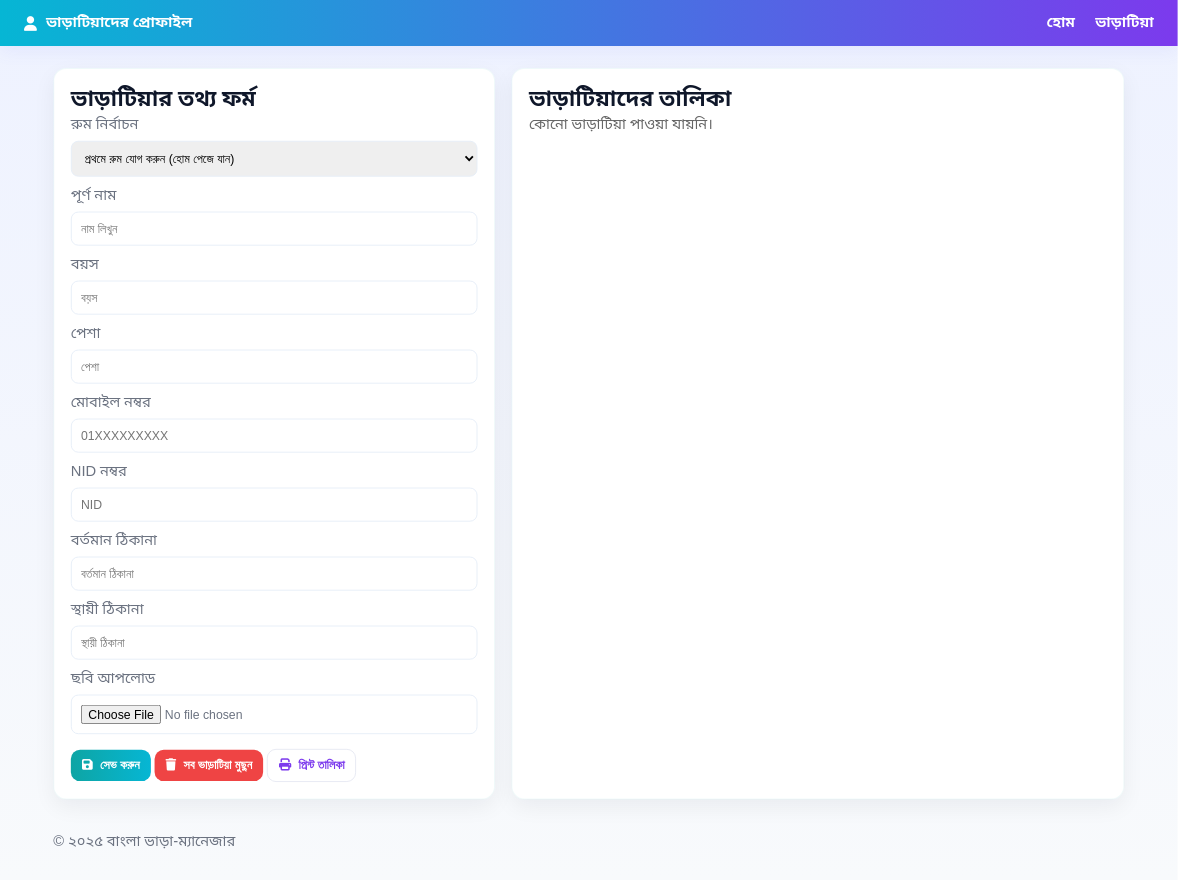
Repository: naimuddin1190/HomeRent-Management-System
Page: tenant.html
These files come from the project's save history. The page is drawn as it stood at one moment and after the next save; the edit follows.
The browser window is 1280 px wide. The pictures show the whole page, at 92% of full size.

Above is the page before, as saved 2025-11-04 21:14:21.

### tenant.html
<!doctype html>
<html lang="bn">
<head>
  <meta charset="utf-8" />
  <meta name="viewport" content="width=device-width, initial-scale=1" />
  <title>ভাড়াটিয়ার তথ্য — বাংলা ভাড়া-ম্যানেজার</title>

  <link rel="stylesheet" href="style.css">
  <link rel="stylesheet" href="https://cdnjs.cloudflare.com/ajax/libs/font-awesome/6.5.0/css/all.min.css">
</head>
<body>
  <header class="navbar">
    <div class="brand"><i class="fa-solid fa-user"></i> ভাড়াটিয়াদের প্রোফাইল</div>
    <nav class="navlinks">
      <a href="index.html">হোম</a>
      <a href="tenant.html">ভাড়াটিয়া</a>
    </nav>
  </header>

  <main class="tenant-main">
    <section class="panel form-panel">
      <h2>ভাড়াটিয়ার তথ্য ফর্ম</h2>
      <form id="tenantForm">
        <div class="form-grid">
          <label>রুম নির্বাচন
            <select id="tenantRoom" required>
              <!-- রুম অপশনগুলো এখানে লোড হবে -->
            </select>
          </label>

          <label>পূর্ণ নাম
            <input type="text" id="t_name" placeholder="নাম লিখুন" required>
          </label>

          <label>বয়স
            <input type="number" id="t_age" placeholder="বয়স" required>
          </label>

          <label>পেশা
            <input type="text" id="t_profession" placeholder="পেশা">
          </label>

          <label>মোবাইল নম্বর
            <input type="text" id="t_mobile" placeholder="01XXXXXXXXX" required>
          </label>

          <label>NID নম্বর
            <input type="text" id="t_nid" placeholder="NID">
          </label>

          <label>বর্তমান ঠিকানা
            <input type="text" id="t_present" placeholder="বর্তমান ঠিকানা">
          </label>

          <label>স্থায়ী ঠিকানা
            <input type="text" id="t_permanent" placeholder="স্থায়ী ঠিকানা">
          </label>

          <label>ছবি আপলোড
            <input type="file" id="t_photo" accept="image/*">
          </label>

          <div class="photo-preview" id="photoPreview"></div>
        </div>

        <div class="form-actions">
          <button type="submit" class="btn primary"><i class="fa-solid fa-save"></i> সেভ করুন</button>
          <button type="button" id="clearTenants" class="btn danger"><i class="fa-solid fa-trash"></i> সব ভাড়াটিয়া মুছুন</button>
          <button type="button" id="printTenants" class="btn outline"><i class="fa-solid fa-print"></i> প্রিন্ট তালিকা</button>
        </div>
      </form>
    </section>

    <section class="panel list-panel">
      <h2>ভাড়াটিয়াদের তালিকা</h2>
      <div id="tenantList" class="tenant-list"></div>
    </section>
  </main>

  <footer class="site-footer">
    <div>© ২০২৫ বাংলা ভাড়া-ম্যানেজার</div>
  </footer>

  <script src="tenant.js"></script>
</body>
</html>

### style.css
/* ============================
   Shared variables & reset
   ============================ */
:root{
  --bg:#f4f6fb;
  --card:#ffffff;
  --muted:#6b7280;
  --primary1:#0ea5a4;  /* teal */
  --primary2:#06b6d4;
  --accent:#7c3aed;     /* purple */
  --danger:#ef4444;
  --glass: rgba(255,255,255,0.7);
  --radius:12px;
  --shadow: 0 8px 24px rgba(16,24,40,0.06);
}

*{box-sizing:border-box;margin:0;padding:0}
body{
  font-family: 'Noto Sans Bengali', 'Poppins', sans-serif;
  background: linear-gradient(180deg,#eef2ff,#f8fafc);
  color:#0f172a;
  -webkit-font-smoothing:antialiased;
  -moz-osx-font-smoothing:grayscale;
}

/* Navbar */
.navbar{
  display:flex;justify-content:space-between;align-items:center;padding:14px 26px;background:linear-gradient(90deg,var(--primary2),var(--accent));
  color:white; position:sticky; top:0; z-index:50;
  box-shadow: 0 6px 18px rgba(99,102,241,0.08);
}
.brand{font-weight:700;display:flex;gap:10px;align-items:center}
.navlinks a{color:white;text-decoration:none;margin-left:18px;font-weight:600}

/* Layout */
.dashboard{display:grid;grid-template-columns:1fr 380px;gap:18px;max-width:1200px;margin:24px auto;padding:0 18px}
.left-col{min-height:300px}
.right-col{min-height:300px}

/* Panels */
.panel{background:var(--card);border-radius:14px;padding:18px;box-shadow:var(--shadow);border:1px solid rgba(14,165,164,0.06)}
.panel-head{display:flex;justify-content:space-between;align-items:center;gap:12px;margin-bottom:12px}
.panel-head h2{margin:0;color:var(--accent)}

.panel-actions{display:flex;gap:8px;flex-wrap:wrap}

/* Buttons */
.btn{padding:9px 12px;border-radius:10px;border:none;cursor:pointer;font-weight:700;display:inline-flex;align-items:center;gap:8px}
.btn.primary{background:linear-gradient(90deg,var(--primary1),var(--primary2));color:white}
.btn.accent{background:linear-gradient(90deg,var(--accent),#5b21b6);color:white}
.btn.outline{background:transparent;border:1px solid #e6e9f2;color:var(--accent)}
.btn.danger{background:var(--danger);color:white}

/* Room cards */
.room-container{display:flex;flex-direction:column;gap:12px}
.room-card{border-radius:12px;padding:12px;background:linear-gradient(180deg,#fff,#fbfdff);border:1px solid rgba(99,102,241,0.06);box-shadow:0 6px 18px rgba(99,102,241,0.03)}
.room-top{display:flex;justify-content:space-between;align-items:center;gap:10px}
.room-title{font-weight:700}
.room-fields{display:grid;grid-template-columns:repeat(2,1fr);gap:8px;margin-top:10px}
.room-fields label{display:flex;flex-direction:column;font-size:14px;color:var(--muted)}
.room-fields input, .room-fields select{padding:8px;border-radius:8px;border:1px solid #e6eef8;background:transparent}

/* actions/result */
.card-actions{margin-top:10px;display:flex;gap:8px;flex-wrap:wrap}
.result-block{margin-top:10px;padding:10px;border-radius:10px;background:#f8fafc;border:1px solid rgba(6,182,212,0.06)}

/* Summary (right) */
.summary-grid{display:grid;grid-template-columns:1fr 1fr;gap:10px;margin-bottom:12px}
.summary-card{padding:12px;border-radius:10px;background:linear-gradient(180deg,#fff,#fbfdff);border:1px solid rgba(6,182,212,0.06)}
.summary-card .title{font-size:13px;color:var(--muted)}
.summary-card .value{font-weight:800;font-size:20px;margin-top:6px}

/* chart */
.chart-section{margin-top:12px}
.progress-bar-wrap{margin-top:12px}
.progress-track{height:14px;background:#e6eef8;border-radius:999px;overflow:hidden;margin-top:6px}
.progress-fill{height:100%;width:0%;background:linear-gradient(90deg,var(--primary1),var(--accent));transition:width 600ms ease}
.progress-percent{text-align:right;margin-top:6px;font-weight:700}

/* tenant page */
.tenant-main{max-width:1200px;margin:24px auto;padding:0 18px;display:grid;grid-template-columns:480px 1fr;gap:18px}
.form-panel .form-grid{display:grid;grid-template-columns:1fr;gap:10px}
.form-grid label{display:flex;flex-direction:column;gap:6px;color:var(--muted)}
.form-grid input, .form-grid select{padding:10px;border-radius:8px;border:1px solid #e6eef8}
.photo-preview{margin-top:6px}
.photo-preview img{max-width:120px;border-radius:10px;border:1px solid #e6eef8}

/* tenant list */
.tenant-list{display:grid;gap:10px}
.tenant-card{display:flex;gap:12px;align-items:center;padding:10px;background:linear-gradient(180deg,#fff,#fbfdff);border-radius:10px;border:1px solid rgba(99,102,241,0.04)}
.tenant-card img{width:80px;height:80px;object-fit:cover;border-radius:8px}
.tenant-meta{flex:1}

/* footer */
.site-footer{max-width:1200px;margin:18px auto;padding:12px 18px;display:flex;justify-content:space-between;align-items:center;color:var(--muted)}
.site-footer .socials a{margin-left:8px;color:var(--muted)}

/* responsive */
@media (max-width:980px){
  .dashboard{grid-template-columns:1fr; padding:12px}
  .tenant-main{grid-template-columns:1fr; padding:12px}
  .right-col{order:2}
  .left-col{order:1}
}

### tenant.js
/* tenant.js
   Tenant form handling: save per-room tenant profile, photo upload (dataURL), print, delete, edit
*/

// LocalStorage key
const TENANTS_KEY = "tenantsData";
const ROOMS_KEY = "roomsData";

document.addEventListener("DOMContentLoaded", () => {
  const form = document.getElementById("tenantForm");
  const tenantList = document.getElementById("tenantList");
  const tenantRoomSelect = document.getElementById("tenantRoom");
  const photoInput = document.getElementById("t_photo");
  const photoPreview = document.getElementById("photoPreview");
  const clearTenantsBtn = document.getElementById("clearTenants");
  const printTenantsBtn = document.getElementById("printTenants");

  // load tenants and rooms
  let tenants = JSON.parse(localStorage.getItem(TENANTS_KEY)) || [];
  let rooms = JSON.parse(localStorage.getItem(ROOMS_KEY)) || [];

  // fill room select
  function populateRoomSelect() {
    rooms = JSON.parse(localStorage.getItem(ROOMS_KEY)) || rooms;
    tenantRoomSelect.innerHTML = "";
    if(rooms.length === 0) {
      const opt = document.createElement("option");
      opt.value = "";
      opt.textContent = "প্রথমে রুম যোগ করুন (হোম পেজে যান)";
      tenantRoomSelect.appendChild(opt);
    } else {
      tenantRoomSelect.innerHTML = '<option value="">-- রুম নির্বাচন করুন --</option>';
      rooms.forEach(r => {
        const opt = document.createElement("option");
        opt.value = r.id;
        opt.textContent = r.name || r.id;
        tenantRoomSelect.appendChild(opt);
      });
    }
  }

  populateRoomSelect();

  // update when rooms change in other tab (listening to localStorage change)
  window.addEventListener("storage", (e) => {
    if(e.key === "roomsUpdatedAt") populateRoomSelect();
  });

  // preview photo
  photoInput.addEventListener("change", (e) => {
    const file = e.target.files[0];
    if(!file) { photoPreview.innerHTML = ""; return; }
    const reader = new FileReader();
    reader.onload = () => {
      photoPreview.innerHTML = `<img src="${reader.result}" alt="preview">`;
    };
    reader.readAsDataURL(file);
  });

  // render tenant list
  function renderTenants() {
    tenants = JSON.parse(localStorage.getItem(TENANTS_KEY)) || tenants;
    if(tenants.length === 0) {
      tenantList.innerHTML = "<div style='color:#666'>কোনো ভাড়াটিয়া পাওয়া যায়নি।</div>";
      return;
    }
    tenantList.innerHTML = tenants.map((t, i) => {
      // find room name
      const roomName = (rooms.find(r=> r.id === t.roomId) || {}).name || t.roomId || "N/A";
      return `
        <div class="tenant-card" data-index="${i}">
          <img src="${t.photo || ''}" alt="photo" onerror="this.style.display='none'">
          <div class="tenant-meta">
            <div style="font-weight:800">${escapeHtml(t.name)} — <small style="color:#6b7280">${escapeHtml(roomName)}</small></div>
            <div>বয়স: ${escapeHtml(t.age)} • পেশা: ${escapeHtml(t.profession)}</div>
            <div>মোবাইল: ${escapeHtml(t.mobile)} • NID: ${escapeHtml(t.nid)}</div>
            <div>ঠিকানা: ${escapeHtml(t.present)}</div>
            <div style="margin-top:8px">
              <button class="btn outline btn-edit" data-i="${i}"><i class="fa-solid fa-pen"></i> সম্পাদনা</button>
              <button class="btn danger btn-delete" data-i="${i}"><i class="fa-solid fa-trash"></i> মুছুন</button>
              <button class="btn primary btn-print" data-i="${i}"><i class="fa-solid fa-print"></i> প্রিন্ট</button>
            </div>
          </div>
        </div>
      `;
    }).join("");
    attachTenantButtons();
  }

  function attachTenantButtons(){
    tenantList.querySelectorAll(".btn-delete").forEach(b => {
      b.addEventListener("click", (e) => {
        const i = Number(e.target.closest("button").dataset.i);
        if(!confirm("এই ভাড়াটিয়ার তথ্য মুছে ফেলতে চান?")) return;
        tenants.splice(i,1);
        localStorage.setItem(TENANTS_KEY, JSON.stringify(tenants));
        renderTenants();
      });
    });
    tenantList.querySelectorAll(".btn-edit").forEach(b => {
      b.addEventListener("click", (e) => {
        const i = Number(e.target.closest("button").dataset.i);
        const t = tenants[i];
        // populate form for editing (we will delete old and re-add on submit)
        document.getElementById("tenantRoom").value = t.roomId || "";
        document.getElementById("t_name").value = t.name || "";
        document.getElementById("t_age").value = t.age || "";
        document.getElementById("t_profession").value = t.profession || "";
        document.getElementById("t_mobile").value = t.mobile || "";
        document.getElementById("t_nid").value = t.nid || "";
        document.getElementById("t_present").value = t.present || "";
        document.getElementById("t_permanent").value = t.permanent || "";
        photoPreview.innerHTML = t.photo ? `<img src="${t.photo}" alt="preview">` : "";
        // remove old entry
        tenants.splice(i,1);
        localStorage.setItem(TENANTS_KEY, JSON.stringify(tenants));
        renderTenants();
      });
    });
    tenantList.querySelectorAll(".btn-print").forEach(b => {
      b.addEventListener("click", (e) => {
        const i = Number(e.target.closest("button").dataset.i);
        printTenant(i);
      });
    });
  }

  // form submit
  form.addEventListener("submit", (e) => {
    e.preventDefault();
    const roomId = tenantRoomSelect.value;
    if(!roomId) return alert("রুম নির্বাচন করুন।");
    const name = document.getElementById("t_name").value.trim();
    const age = document.getElementById("t_age").value.trim();
    const profession = document.getElementById("t_profession").value.trim();
    const mobile = document.getElementById("t_mobile").value.trim();
    const nid = document.getElementById("t_nid").value.trim();
    const present = document.getElementById("t_present").value.trim();
    const permanent = document.getElementById("t_permanent").value.trim();

    // handle photo as dataURL
    const file = photoInput.files[0];
    if(file) {
      const reader = new FileReader();
      reader.onload = () => {
        const photoData = reader.result;
        const tenant = { roomId, name, age, profession, mobile, nid, present, permanent, photo: photoData };
        tenants.push(tenant);
        localStorage.setItem(TENANTS_KEY, JSON.stringify(tenants));
        form.reset();
        photoPreview.innerHTML = "";
        renderTenants();
        alert("ভাড়াটিয়ার তথ্য সেভ হয়েছে।");
      };
      reader.readAsDataURL(file);
    } else {
      const tenant = { roomId, name, age, profession, mobile, nid, present, permanent, photo: "" };
      tenants.push(tenant);
      localStorage.setItem(TENANTS_KEY, JSON.stringify(tenants));
      form.reset();
      photoPreview.innerHTML = "";
      renderTenants();
      alert("ভাড়াটিয়ার তথ্য সেভ হয়েছে।");
    }
  });

  // clear tenants
  clearTenantsBtn.addEventListener("click", () => {
    if(!confirm("সব ভাড়াটিয়ার তথ্য মুছে ফেলতে চান?")) return;
    localStorage.removeItem(TENANTS_KEY);
    tenants = [];
    renderTenants();
  });

  // print tenants list (simple layout)
  printTenantsBtn.addEventListener("click", () => {
    const html = buildTenantPrintHtml();
    const w = window.open("", "_blank", "width=900,height=700");
    w.document.write(html);
    w.document.close();
    w.focus();
    w.print();
  });

  function buildTenantPrintHtml() {
    const date = new Date().toLocaleString('bn-BD');
    let rows = "";
    tenants.forEach((t, idx) => {
      const roomName = (rooms.find(r => r.id === t.roomId) || {}).name || t.roomId || "N/A";
      rows += `<tr>
        <td style="padding:6px;border:1px solid #ddd">${idx+1}</td>
        <td style="padding:6px;border:1px solid #ddd">${escapeHtml(roomName)}</td>
        <td style="padding:6px;border:1px solid #ddd">${escapeHtml(t.name)}</td>
        <td style="padding:6px;border:1px solid #ddd">${escapeHtml(t.mobile)}</td>
        <td style="padding:6px;border:1px solid #ddd">${escapeHtml(t.nid)}</td>
      </tr>`;
    });

    return `
      <div style="font-family:Arial;padding:18px">
        <h2>ভাড়াটিয়াদের তালিকা</h2>
        <div style="color:#666">তারিখ: ${date}</div>
        <table style="width:100%;border-collapse:collapse;margin-top:12px">
          <thead>
            <tr>
              <th style="padding:6px;border:1px solid #ddd">#</th>
              <th style="padding:6px;border:1px solid #ddd">রুম</th>
              <th style="padding:6px;border:1px solid #ddd">নাম</th>
              <th style="padding:6px;border:1px solid #ddd">মোবাইল</th>
              <th style="padding:6px;border:1px solid #ddd">NID</th>
            </tr>
          </thead>
          <tbody>${rows}</tbody>
        </table>
      </div>
    `;
  }

  // print single tenant
  function printTenant(i) {
    const t = tenants[i];
    if(!t) return alert("ভাড়াটিয়া পাওয়া যায়নি।");
    const roomName = (rooms.find(r => r.id === t.roomId) || {}).name || t.roomId || "N/A";
    const html = `
      <div style="font-family:Arial;padding:18px">
        <h2>ভাড়াটিয়ার প্রোফাইল — ${escapeHtml(t.name)}</h2>
        <div>রুম: ${escapeHtml(roomName)}</div>
        <div>বয়স: ${escapeHtml(t.age)}</div>
        <div>পেশা: ${escapeHtml(t.profession)}</div>
        <div>মোবাইল: ${escapeHtml(t.mobile)}</div>
        <div>NID: ${escapeHtml(t.nid)}</div>
        <div>বর্তমান ঠিকানা: ${escapeHtml(t.present)}</div>
        <div>স্থায়ী: ${escapeHtml(t.permanent)}</div>
        <div style="margin-top:12px">${t.photo ? `<img src="${t.photo}" style="max-width:220px;border-radius:8px">` : ""}</div>
      </div>
    `;
    const w = window.open("", "_blank", "width=600,height=700");
    w.document.write(html);
    w.document.close();
    w.focus();
    w.print();
  }

  // escape
  function escapeHtml(str){ if(str==null) return ""; return String(str).replace(/[&<>"']/g, s=>({ '&':'&amp;','<':'&lt;','>':'&gt;','"':'&quot;',"'":'&#39;' }[s])); }

  // initial render
  renderTenants();

  // if rooms change in storage (via main page), refresh local rooms and update select
  window.addEventListener("storage", (e) => {
    if(e.key === "roomsUpdatedAt") {
      rooms = JSON.parse(localStorage.getItem(ROOMS_KEY)) || rooms;
      populateRoomSelect();
      renderTenants();
    }
  });

});

After the next save:
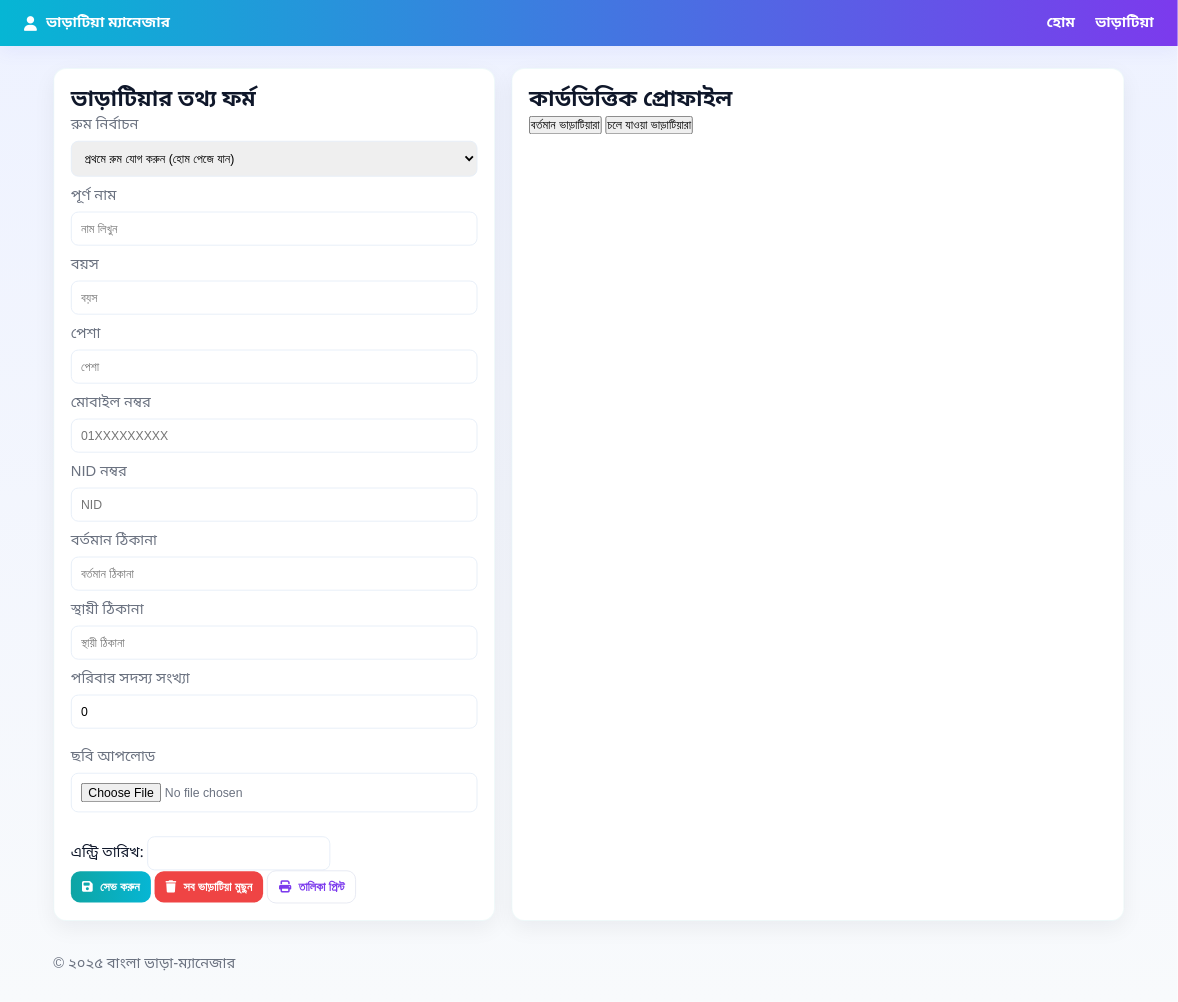
Console error: TypeError: Cannot set properties of null (setting 'innerHTML')
Saved 16 s later.
--- a/tenant.html
+++ b/tenant.html
@@ -5,12 +5,12 @@
   <meta name="viewport" content="width=device-width, initial-scale=1" />
   <title>ভাড়াটিয়ার তথ্য — বাংলা ভাড়া-ম্যানেজার</title>
 
-  <link rel="stylesheet" href="style.css">
+  <link rel="stylesheet" href="css/style.css">
   <link rel="stylesheet" href="https://cdnjs.cloudflare.com/ajax/libs/font-awesome/6.5.0/css/all.min.css">
 </head>
 <body>
   <header class="navbar">
-    <div class="brand"><i class="fa-solid fa-user"></i> ভাড়াটিয়াদের প্রোফাইল</div>
+    <div class="brand"><i class="fa-solid fa-user"></i> ভাড়াটিয়া ম্যানেজার</div>
     <nav class="navlinks">
       <a href="index.html">হোম</a>
       <a href="tenant.html">ভাড়াটিয়া</a>
@@ -23,9 +23,7 @@
       <form id="tenantForm">
         <div class="form-grid">
           <label>রুম নির্বাচন
-            <select id="tenantRoom" required>
-              <!-- রুম অপশনগুলো এখানে লোড হবে -->
-            </select>
+            <select id="tenantRoom" required></select>
           </label>
 
           <label>পূর্ণ নাম
@@ -56,24 +54,41 @@
             <input type="text" id="t_permanent" placeholder="স্থায়ী ঠিকানা">
           </label>
 
+          <label>পরিবার সদস্য সংখ্যা
+            <input type="number" id="familyCount" min="0" value="0">
+          </label>
+
+          <div id="familyArea"></div>
+
           <label>ছবি আপলোড
             <input type="file" id="t_photo" accept="image/*">
           </label>
 
           <div class="photo-preview" id="photoPreview"></div>
+
+          <div>এন্ট্রি তারিখ:
+            <input type="text" id="entryDate" readonly>
+          </div>
         </div>
 
         <div class="form-actions">
           <button type="submit" class="btn primary"><i class="fa-solid fa-save"></i> সেভ করুন</button>
           <button type="button" id="clearTenants" class="btn danger"><i class="fa-solid fa-trash"></i> সব ভাড়াটিয়া মুছুন</button>
-          <button type="button" id="printTenants" class="btn outline"><i class="fa-solid fa-print"></i> প্রিন্ট তালিকা</button>
+          <button type="button" id="printTenants" class="btn outline"><i class="fa-solid fa-print"></i> তালিকা প্রিন্ট</button>
         </div>
       </form>
     </section>
 
     <section class="panel list-panel">
-      <h2>ভাড়াটিয়াদের তালিকা</h2>
-      <div id="tenantList" class="tenant-list"></div>
+      <h2>কার্ডভিত্তিক প্রোফাইল</h2>
+
+      <div class="tabs">
+        <button id="activeTab" class="tab-btn active">বর্তমান ভাড়াটিয়ারা</button>
+        <button id="leftTab" class="tab-btn">চলে যাওয়া ভাড়াটিয়ারা</button>
+      </div>
+
+      <div id="activeList" class="tenant-list"></div>
+      <div id="leftList" class="tenant-list" style="display:none"></div>
     </section>
   </main>
 
@@ -81,6 +96,6 @@
     <div>© ২০২৫ বাংলা ভাড়া-ম্যানেজার</div>
   </footer>
 
-  <script src="tenant.js"></script>
+  <script src="js/tenant.js"></script>
 </body>
 </html>
